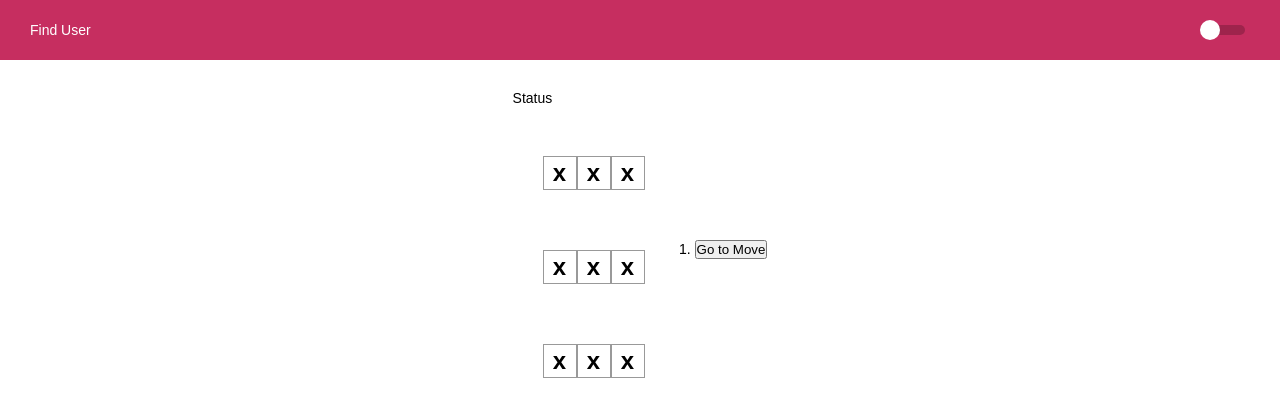
Repository: OmniaRafat232111121/Tic-Tac-Toe
Page: /
These files come from the project's save history. The page is drawn as it stood at one moment and after a run of saves; the edit follows.
The browser window is 1280 px wide. The pictures show the whole page.
The project was rebuilt for these pictures with package versions that can differ from the ones it lists, and the page was loaded fresh each time.

Above is the page before, as saved 2022-09-20 18:33:35.

After the next 2 saves:
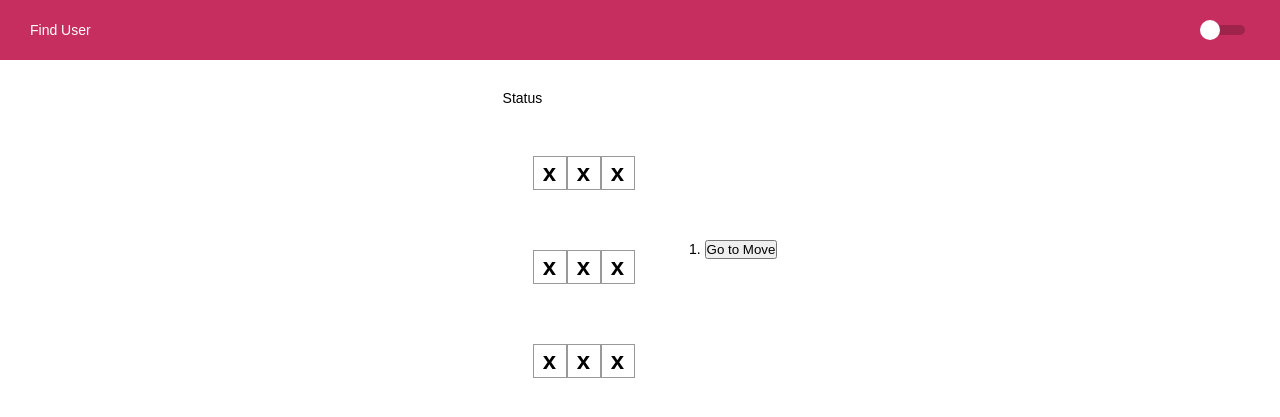
The 2 saves are shown as one change because they came seconds apart.
The last was saved 5 s later.
--- a/src/components/Game.tsx
+++ b/src/components/Game.tsx
@@ -21,7 +21,7 @@ const Column=styled.div<LayoutProps>`
 function Game(){
 return(
 
-<Row gap={20}>
+<Row gap={40}>
 <Column gap={20}>
     <div>Status</div>
     <Board/>
